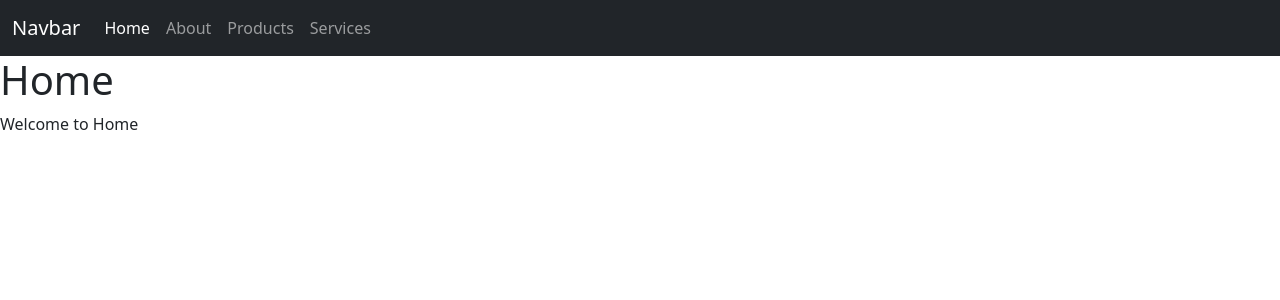
Repository: BlessingAjiboye/WEEK3DEP
Page: http://localhost/
An editor plug-in stored every save of this project. The page is shown before and after the next save, followed by the edit.
The browser window is 1280 px wide. The pictures show the whole page.
The page is served by the project's Node server (server.js). Other server files are loaded and not shown.

Above is the page before, as saved 2022-09-20 12:53:45.

### views/index.ejs
<!DOCTYPE html>
<html lang="en">
<head>
  <meta charset="UTF-8">
  <meta http-equiv="X-UA-Compatible" content="IE=edge">
  <meta name="viewport" content="width=device-width, initial-scale=1.0">
  <title><%= title %></title>
  <!--css section-->
  <link rel="stylesheet"href="/bootstrap/dist/css/bootstrap.min.css"/>
  <link rel="stylesheet"href="@fortawesome/fontawesome-free/css/all.min.css"/>
  <link rel='stylesheet' href='/Content/app.css' />
</head>
<body>
  <nav class="navbar navbar-expand-lg navbar-dark bg-dark">
    <div class="container-fluid">
      <a class="navbar-brand" href="#">Navbar</a>
      <button class="navbar-toggler" type="button" data-bs-toggle="collapse" data-bs-target="#navbarSupportedContent" aria-controls="navbarSupportedContent" aria-expanded="false" aria-label="Toggle navigation">
        <span class="navbar-toggler-icon"></span>
      </button>
      <div class="collapse navbar-collapse" id="navbarSupportedContent">
        <ul class="navbar-nav me-auto mb-2 mb-lg-0">
          <li class="nav-item">
            <a class="nav-link active" aria-current="page" href="/home">Home</a>
          </li>
          <li class="nav-item">
            <a class="nav-link" href="about">About</a>
          </li>

          <li class="nav-item">
            <a class="nav-link" href="products">Products</a>
          </li>

          <li class="nav-item">
            <a class="nav-link" href="services">Services</a>
          </li>

      </div>
    </div>
  </nav>
  <h1><%= title %></h1>
  <p>Welcome to <%= title %></p>

  <!--Script section-->
  <script src="/jquery/dist/jquery.min.js"></script>
  <script src="/bootstrap/dist/js/bootstrap.min.js"></script>
  <script src="/Scripts/app.js"></script>
</body>
</html>

### server.js
#!/usr/bin/env node

/**
 * Module dependencies.
 */

var app = require('./app');
var debug = require('debug')('week344:server');
var http = require('http');

/**
 * Get port from environment and store in Express.
 */

var port = normalizePort(process.env.PORT || '3000');
app.set('port', port);

/**
 * Create HTTP server.
 */

var server = http.createServer(app);

/**
 * Listen on provided port, on all network interfaces.
 */

server.listen(port);
server.on('error', onError);
server.on('listening', onListening);

/**
 * Normalize a port into a number, string, or false.
 */

function normalizePort(val) {
  var port = parseInt(val, 10);

  if (isNaN(port)) {
    // named pipe
    return val;
  }

  if (port >= 0) {
    // port number
    return port;
  }

  return false;
}

/**
 * Event listener for HTTP server "error" event.
 */

function onError(error) {
  if (error.syscall !== 'listen') {
    throw error;
  }

  var bind = typeof port === 'string'
    ? 'Pipe ' + port
    : 'Port ' + port;

  // handle specific listen errors with friendly messages
  switch (error.code) {
    case 'EACCES':
      console.error(bind + ' requires elevated privileges');
      process.exit(1);
      break;
    case 'EADDRINUSE':
      console.error(bind + ' is already in use');
      process.exit(1);
      break;
    default:
      throw error;
  }
}

/**
 * Event listener for HTTP server "listening" event.
 */

function onListening() {
  var addr = server.address();
  var bind = typeof addr === 'string'
    ? 'pipe ' + addr
    : 'port ' + addr.port;
  debug('Listening on ' + bind);
}

### routes/index.js
var express = require('express');
var router = express.Router();

/* GET home page. */
router.get('/', function(req, res, next) {
  res.render('index', { title: 'Home' });
});

router.get('/home', function(req, res, next) {
  res.render('index', { title: 'Home' });
});
router.get('/about', function(req, res, next) {
  res.render('index', { title: 'About' });
});

router.get('/Products', function(req, res, next) {
  res.render('index', { title: 'Products' });
});

router.get('/Services', function(req, res, next) {
  res.render('index', { title: 'Services' });
});

router.get('/Contact', function(req, res, next) {
  res.render('index', { title: 'Contact' });
});
module.exports = router;

### app.js
var createError = require('http-errors');
var express = require('express');
var path = require('path');
var cookieParser = require('cookie-parser');
var logger = require('morgan');

var indexRouter = require('./routes/index');
var usersRouter = require('./routes/users');

var app = express();

// view engine setup
app.set('views', path.join(__dirname, 'views'));
app.set('view engine', 'ejs');

app.use(logger('dev'));
app.use(express.json());
app.use(express.urlencoded({ extended: false }));
app.use(cookieParser());
app.use(express.static(path.join(__dirname, 'public')));
app.use(express.static(path.join(__dirname, 'node_modules')));
app.use('/', indexRouter);
app.use('/users', usersRouter);

// catch 404 and forward to error handler
app.use(function(req, res, next) {
  next(createError(404));
});

// error handler
app.use(function(err, req, res, next) {
  // set locals, only providing error in development
  res.locals.message = err.message;
  res.locals.error = req.app.get('env') === 'development' ? err : {};

  // render the error page
  res.status(err.status || 500);
  res.render('error');
});

module.exports = app;

### public/Content/app.css
/* custom css goes here*/

### public/Scripts/app.js
(function(){
    function start()
    {
        console.log("App started...");
    }
    window.addEventListener("load",start);
})();

After the next save:
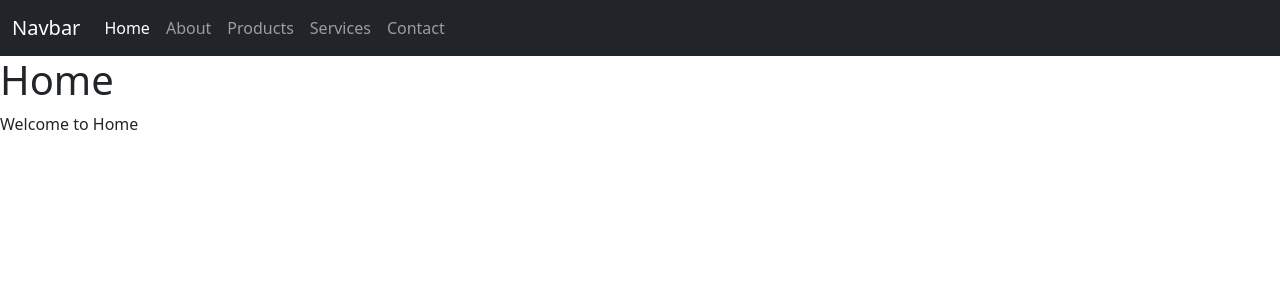
Saved 56 s later.
--- a/views/index.ejs
+++ b/views/index.ejs
@@ -34,6 +34,10 @@
             <a class="nav-link" href="services">Services</a>
           </li>
 
+          <li class="nav-item">
+            <a class="nav-link" href="contact">Contact</a>
+          </li>
+
       </div>
     </div>
   </nav>
